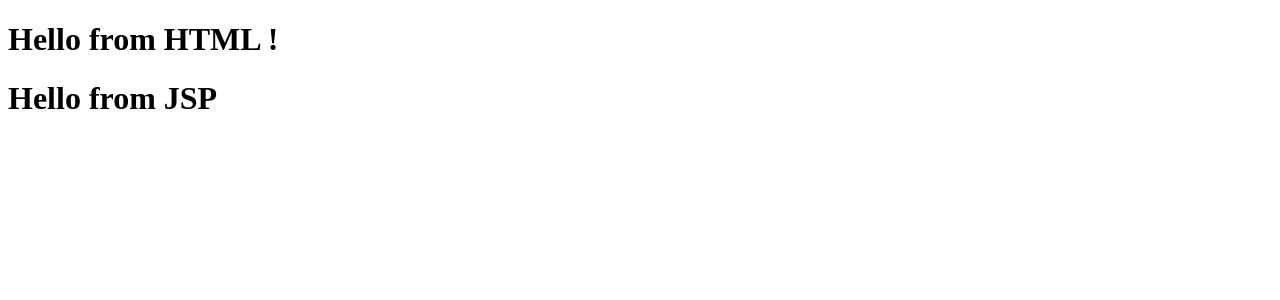
Repository: StarCoder09/JavaWorkspace
Page: http://localhost/JSP_demo/
An editor plug-in stored every save of this project. The page is shown before and after the next save, followed by the edit.
The browser window is 1280 px wide. The pictures show the whole page.
The page is served by Tomcat 9.

Above is the page before, as saved 2021-06-30 11:08:41.

After the next save:
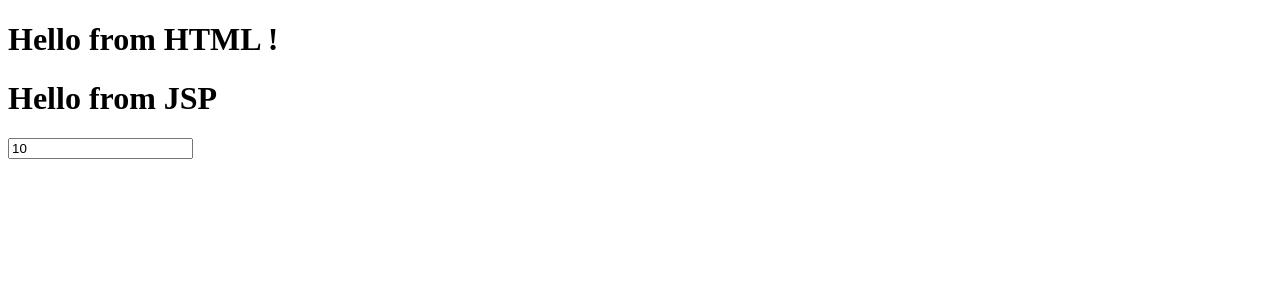
Saved 3 min 45 s later.
--- a/JSP_demo/src/main/webapp/index.jsp
+++ b/JSP_demo/src/main/webapp/index.jsp
@@ -9,5 +9,9 @@
 	<body>
 		<h1>Hello from HTML !</h1>
 		<%= "<h1>Hello from JSP</h1>" %>
+		<%
+			int x=10;
+		%>
+		<input type="text" value="<%= x %>">
 	</body>
 </html>
